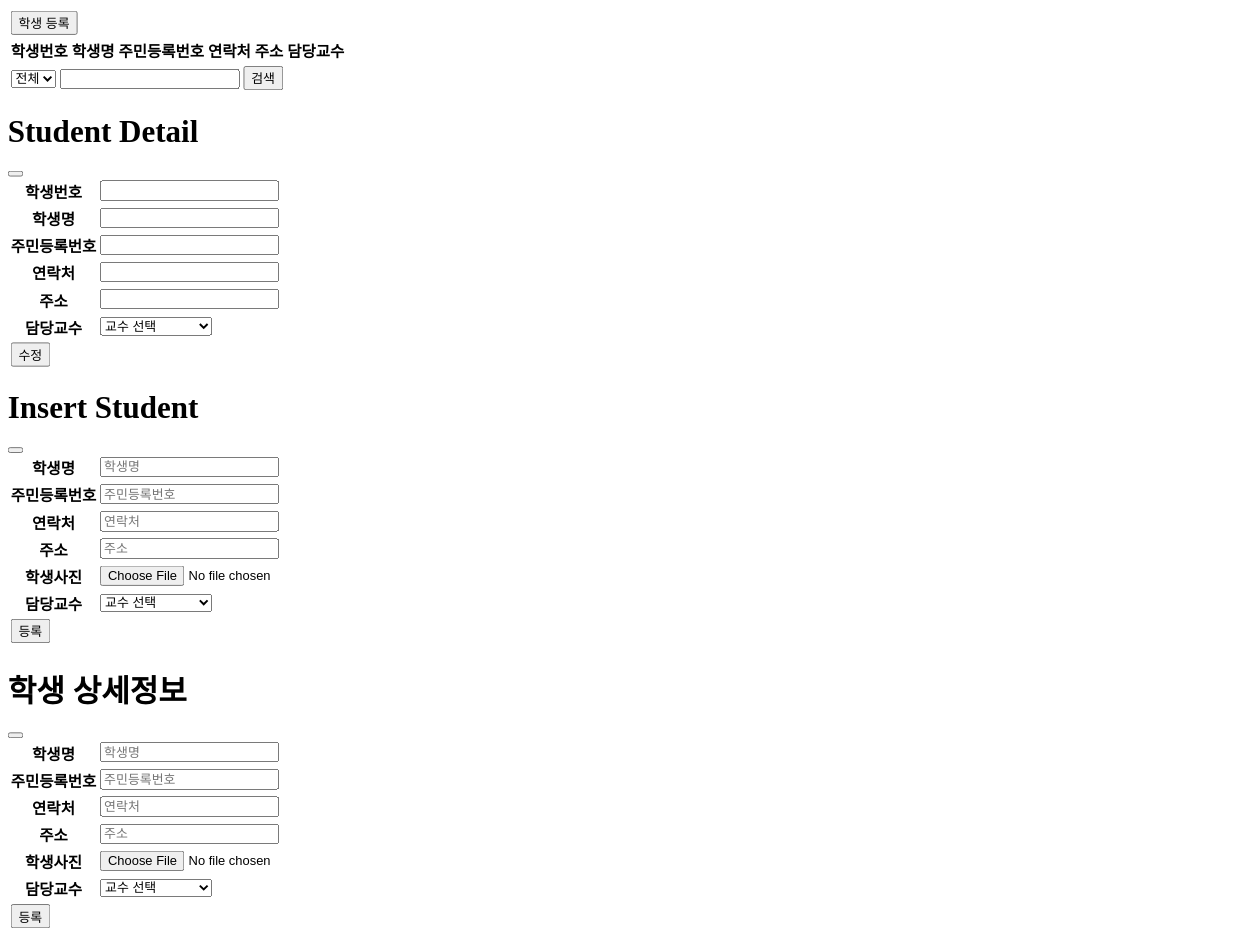
Repository: hoseolkim/restart
Page: http://localhost/HaksaManage/WEB-INF/views/staff/staffStudentView.jsp
These files come from the project's save history. The page is drawn as it stood at one moment and after the next save; the edit follows.
The browser window is 1280 px wide. The pictures show the whole page, at 97% of full size.
The page is served by Tomcat 9. Nobody is signed in. The template is opened directly, without the code that normally fills it, so the values that code supplies are empty.

Above is the page before, as saved 2023-10-09 05:44:24.
Console error: ReferenceError: $ is not defined

After the next save:
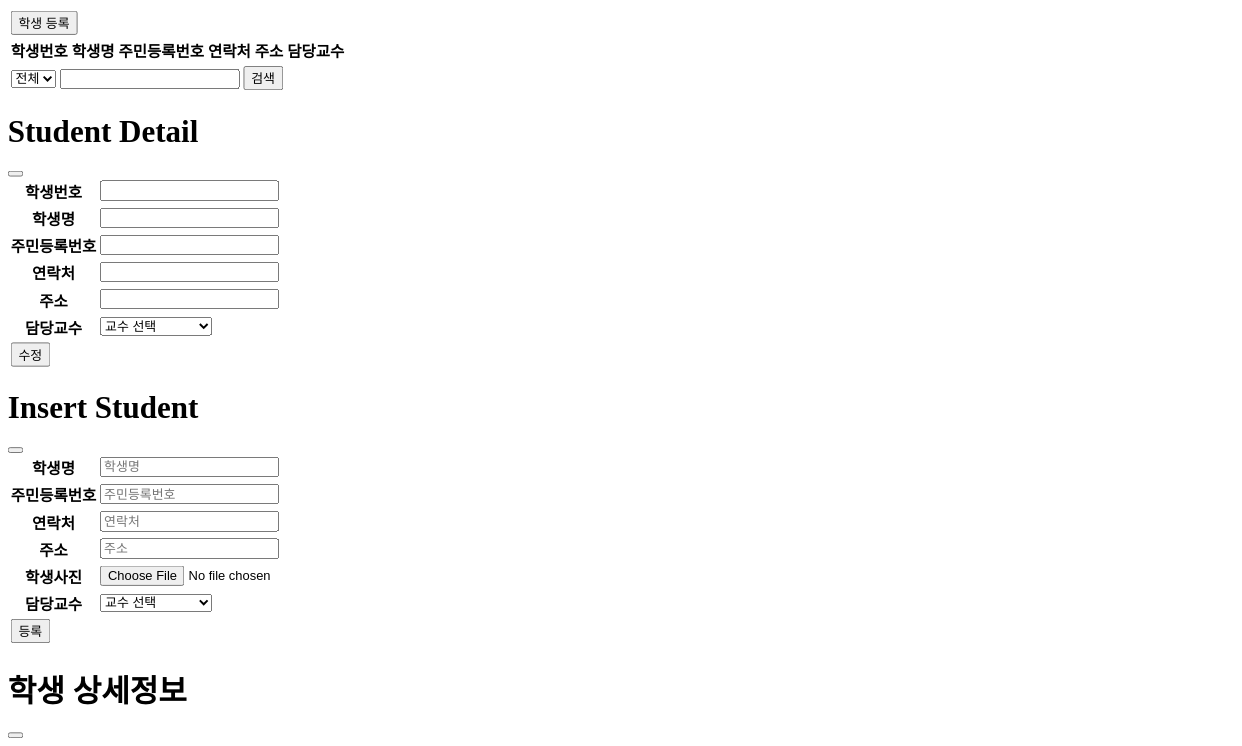
Saved 28 s later.
--- a/HaksaManage/src/main/webapp/WEB-INF/views/staff/staffStudentView.jsp
+++ b/HaksaManage/src/main/webapp/WEB-INF/views/staff/staffStudentView.jsp
@@ -182,52 +182,7 @@
         <h1 class="modal-title fs-5" id="studentDetailViewModal">학생 상세정보</h1>
         <button type="button" class="btn-close" data-bs-dismiss="modal" aria-label="Close"></button>
       </div>
-      <div class="modal-body">
-        <form id="studentInsertForm" method="post" action="<%=request.getContextPath() %>/staff/student" enctype="multipart/form-data">
-        	<table class="table table-bordered">
-        		<tr>
-        			<th>학생명</th>
-        			<td><input type="text" name="stdName" class="form-control" placeholder="학생명" required /></td>
-        		</tr>
-        		<tr>
-        			<th>주민등록번호</th>
-        			<td><input type="text" name="stdId" class="form-control" placeholder="주민등록번호" required /></td>
-        		</tr>
-        		<tr>
-        			<th>연락처</th>
-        			<td><input type="text" name="stdTelno" class="form-control" placeholder="연락처" required /></td>
-        		</tr>
-        		<tr>
-        			<th>주소</th>
-        			<td><input type="text" name="stdAdd" class="form-control" placeholder="주소" required /></td>
-        		</tr>
-        		<tr>
-        			<th>학생사진</th>
-        			<td><input type="file" accept="image/*" name="stdImg" class="form-control"/></td>
-        		</tr>
-        		<tr>
-        			<th>담당교수</th>
-        			<td>
-        				<select name="proCd" class="form-control">
-        					<option value>교수 선택</option>
-        					<c:choose>
-					        	<c:when test="${not empty professorList }">
-									<c:forEach items="${professorList }" var="professor">
-										<option value="${professor.proCd }">${professor.proName }</option>
-									</c:forEach>
-								</c:when>
-								<c:otherwise>
-									<option value>교수 정보가 없음</option>
-								</c:otherwise>
-        					</c:choose>
-        				</select>
-        			</td>
-        		</tr>
-        		<tr>
-        			<td colspan="2"><input type="submit" class="btn btn-primary" value="등록" /></td>
-        		</tr>
-        	</table>
-        </form>
+      <div class="modal-body" id="datailViewBody">
       </div>
       <div class="modal-footer">
       </div>
